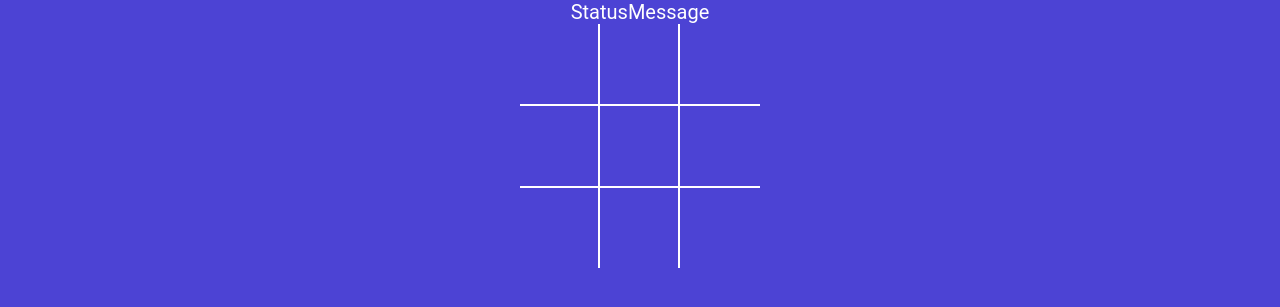
Repository: NoobAjay/tictactoe-game
Page: /
These files come from the project's save history. The page is drawn as it stood at one moment and after the next save; the edit follows.
The browser window is 1280 px wide. The pictures show the whole page.
The project was rebuilt for these pictures with package versions that can differ from the ones it lists, and the page was loaded fresh each time. Also part of the build but not shown: vite.config.js.

Above is the page before, as saved 2023-03-22 12:02:43.

### src/App.jsx
import './styles.scss';
import { useState } from 'react';
import Board from './components/Board';
import { calculateWinner } from './winner';
import StatusMessage from './components/StatusMessage';

function App() {
  const [squares, setSquares] = useState(Array(9).fill(null));
  const [isXNext, setIsXNext] = useState(false);

  const winner = calculateWinner(squares);

  const handleSquareClick = clickedPosition => {
    if (squares[clickedPosition] || winner) {
      return;
    }
    setSquares(currentSquares => {
      return currentSquares.map((squareValue, position) => {
        if (clickedPosition === position) {
          return isXNext ? 'X' : '0';
        }
        return squareValue;
      });
    });

    setIsXNext(currentIsXNext => !currentIsXNext);
  };

  return (
    <div className="app">
      <StatusMessage winner={winner} isXNext={isXNext} squares={squares} />
      <Board squares={squares} handleSquareClick={handleSquareClick} />
    </div>
  );
}

export default App;

### src/components/Board.jsx
import React from 'react';
import Square from './Square';

const Board = ({ squares, handleSquareClick }) => {
  const renderSquare = position => {
    return (
      <Square
        value={squares[position]}
        onClick={() => handleSquareClick(position)}
      />
    );
  };
  return (
    <div className="board">
      <div className="board-row">
        {renderSquare(0)}
        {renderSquare(1)}
        {renderSquare(2)}
      </div>
      <div className="board-row">
        {renderSquare(3)}
        {renderSquare(4)}
        {renderSquare(5)}
      </div>
      <div className="board-row">
        {renderSquare(6)}
        {renderSquare(7)}
        {renderSquare(8)}
      </div>
    </div>
  );
};

export default Board;

### src/components/StatusMessage.jsx
import React from 'react';

const StatusMessage = () => {
  return <div>StatusMessage</div>;
};

export default StatusMessage;

Loaded but not shown: index.html (common file); src/main.jsx (common file); src/styles.scss (common file); src/winner.js (common file); src/components/Square.jsx (common file)

After the next save:
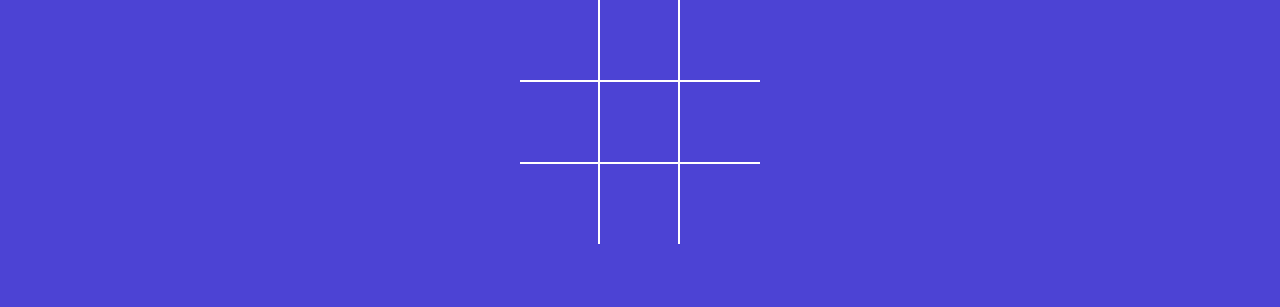
Saved 9 min 46 s later.
--- a/src/components/StatusMessage.jsx
+++ b/src/components/StatusMessage.jsx
@@ -1,7 +1,23 @@
 import React from 'react';
 
-const StatusMessage = () => {
-  return <div>StatusMessage</div>;
+const StatusMessage = ({ winner, isXNext, squares }) => {
+  const noMovesLeft = squares.every(squareValue => squareValue !== null);
+  const nextPlayer = isXNext ? 'X' : 'O';
+
+  const renderStatusMessage = () => {
+    if (winner) {
+      return <div>Winner is {winner}</div>;
+    }
+    if (!winner && noMovesLeft) {
+      return <div> O and X tied</div>;
+    }
+    if (!winner && noMovesLeft) {
+      return <div>Next Player is {nextPlayer}</div>;
+    }
+    return null;
+  };
+
+  return <div>{renderStatusMessage()}</div>;
 };
 
 export default StatusMessage;
